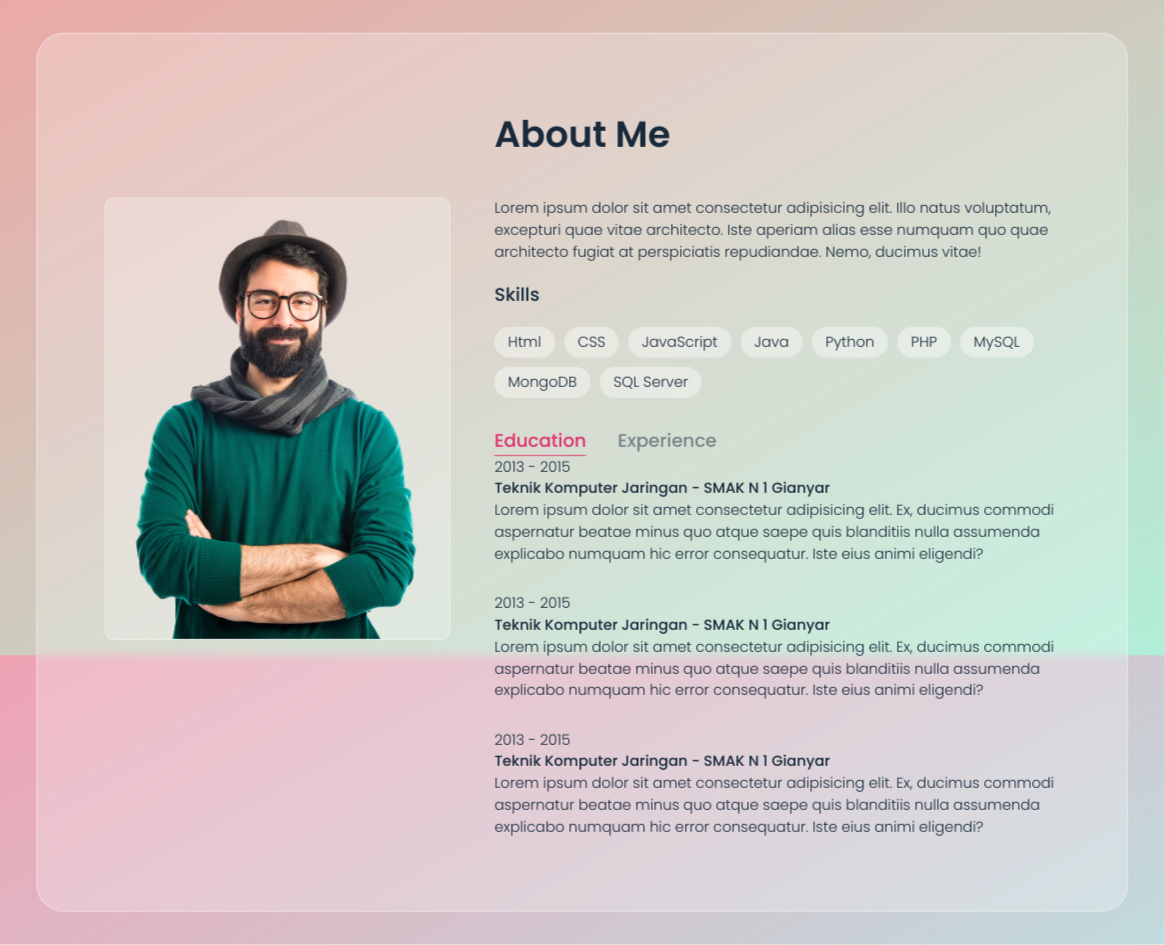
Repository: dewaary/Glassmorp-me
Page: index.html
An editor plug-in stored every save of this project. The page is shown before and after the next save, followed by the edit.
The browser window is 1280 px wide. The pictures show the whole page, at 91% of full size.
Backgrounds fixed to the window are drawn as part of the page.

Above is the page before, as saved 2021-05-25 22:53:11.
Not found: js/script,js

After the next save:
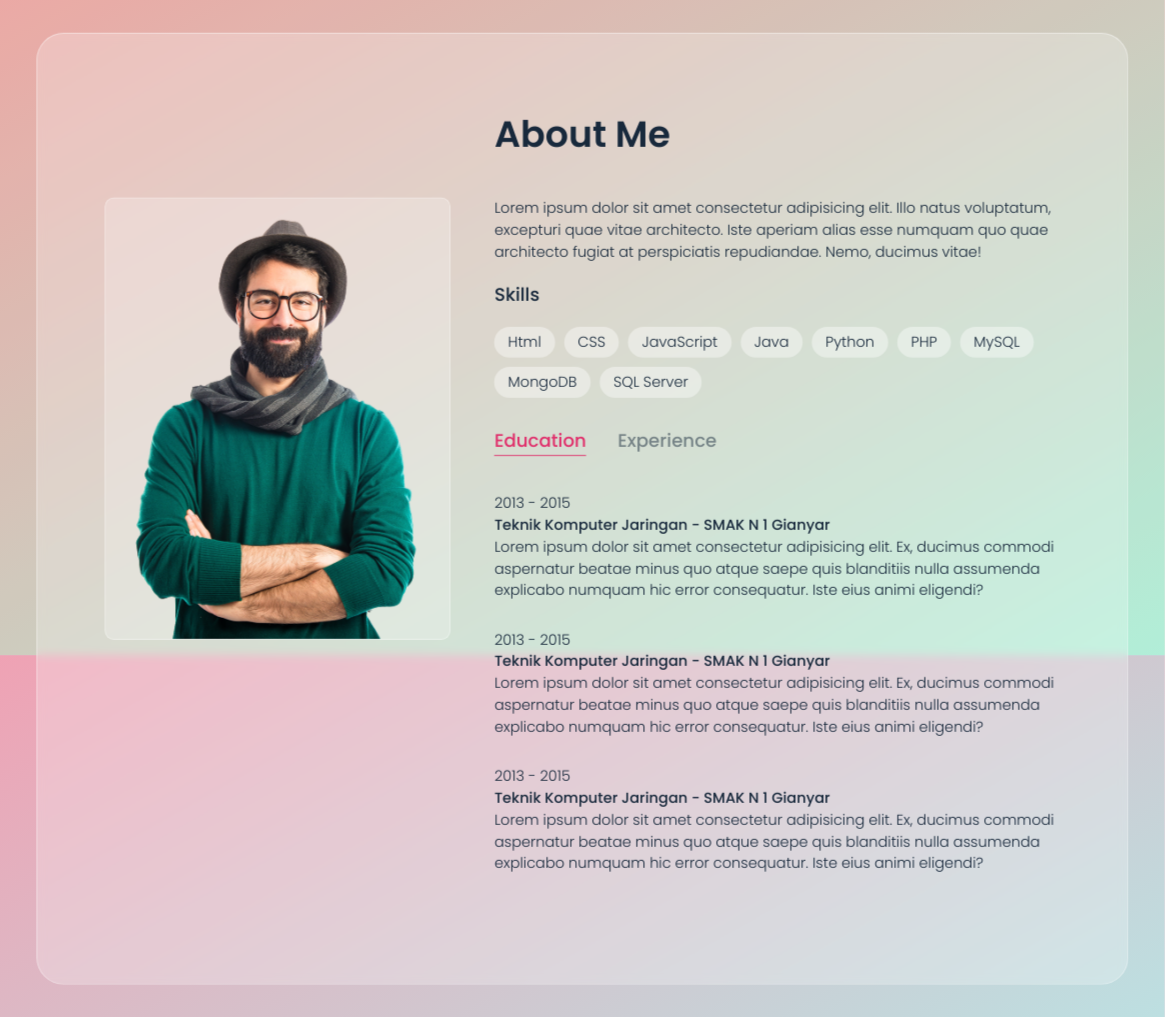
Saved 59 s later.
--- a/style.css
+++ b/style.css
@@ -335,6 +335,10 @@ Home Section */
   cursor: auto;
 }
 
+.about-text .tab-content{
+  padding: 40px 0;
+}
+
 .about-text .timeline-item{
   margin-bottom: 30px;
 }
